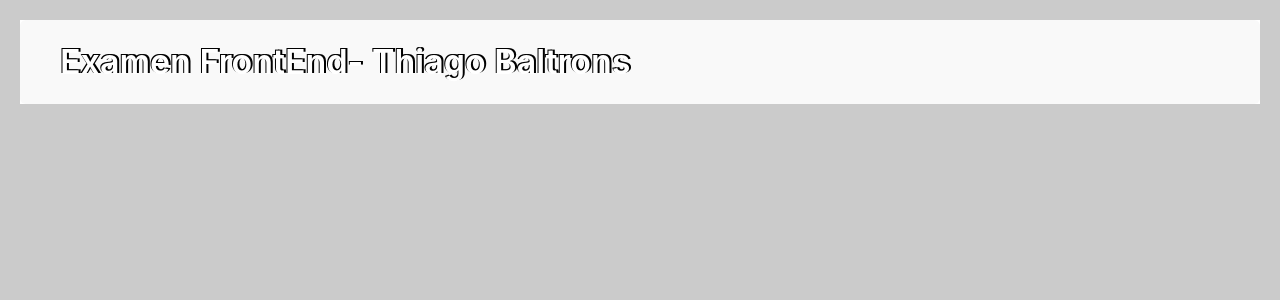
Repository: thiagobal1891-sudo/vue-ecommerce
Page: /#/thiago
The author's editor kept a copy of each file at every save. The page is drawn from the files as they stood at one save, then again after the next save.
The browser window is 1280 px wide. The pictures show the whole page.
The page's requests for data from a server got no answer. The project was rebuilt for these pictures with package versions that can differ from the ones it lists, and the page was loaded fresh each time. No one was signed in, and anything a server would have sent is missing. Also part of the build but not shown: vue.config.js, src/components/ProductList.vue, src/components/CollectionsVue.vue, src/components/BrandsVue.vue, src/pages/HomePage.vue, src/pages/ErrorPage.vue, src/pages/CategoryPage.vue, src/pages/MyCartPage.vue and 7 more.

Above is the page before, as saved 2025-09-22 14:43:33.

### public/index.html
<!DOCTYPE html>
<html lang="en">
  <head>
    <meta charset="utf-8" />
    <title>Mi App Vue</title>
  </head>
  <body>
    <div id="app"></div>
    <!-- Vue montará la app aquí -->
  </body>
</html>

### src/App.vue
<template>
  <div class="app">

    <NavegadorVue v-if="$route.path !== '/thiago'" />

    <router-view />


    <FooterVue v-if="$route.path !== '/thiago'" />
  </div>
</template>


<script>

import FooterVue from './components/FooterVue.vue';
import NavegadorVue from './components/NavegadorVue.vue';



export default {
  name: 'App',
  components: {
    FooterVue,
    NavegadorVue
  }
}
</script>

<style>
*{
  margin: 0px;
  padding: 0px;
}
@font-face {
  font-family: Janna LT;
  src: url("./assets/janna-lt-regular.ttf");
  font-weight: bold;
}
@import url('https://fonts.googleapis.com/css2?family=Inter:ital,opsz,wght@0,14..32,100..900;1,14..32,100..900&display=swap');



.root{
  --color-primario: #E61620
}

#app {

  font-family: Avenir, Helvetica, Arial, sans-serif;
  -webkit-font-smoothing: antialiased;
  -moz-osx-font-smoothing: grayscale;
  text-align: center;
  color: #2c3e50;
}
h1{
  background-color: var(--color-primario);
  font-family: "Janna LT";
  font-weight: 700;
}

* {
      box-sizing: border-box;
    }

    body {
      margin: 0;
      font-family: 'Arial', sans-serif;
      padding: 20px;
      background-color: rgb(203, 203, 203);
    }
    .app{
      max-width: 1280px;
      width: 100%;
      margin: auto;
      background-color: white;
    }
</style>

### src/pages/MyordersPage.vue
<template>
  <div class="grid_contenido">
    <SidebarVue @changePage="page = $event" class="layout" />
    <div class="contenido_orden">
      <PersonalInfo v-if="page === 1" />
      <OrdenesID v-else-if="page === 2" />
      <CheckoutVue v-else-if="page === 3" />
    </div>
  </div>
</template>


<script>
import SidebarVue from "../components/SidebarVue.vue"
import PersonalInfo from "../components/PersonalInfo.vue"
import CheckoutVue from "../components/CheckoutVue.vue"
import OrdenesID from "@/components/OrdenesID.vue"

export default {
  components: { SidebarVue, PersonalInfo, CheckoutVue, OrdenesID },
  data() {
    return {
      page: 1
    }
  }
}
</script>

<style>

*{
  box-sizing: border-box;
  margin: 0;
  padding: 0;
}
.grid_contenido {
  display: grid;
  gap: 60px;
  grid-template-columns: 1fr;
  grid-template-areas:
    "layout"
    "contenido_orden";
}

.layout {
  grid-area: layout;
}

.contenido_orden {
  grid-area: contenido_orden;
}

@media (min-width: 600px) {
  .grid_contenido {
    grid-template-columns: 200px auto;
    grid-template-areas: "layout contenido_orden";
  }
}

@media (min-width: 900px) {
  .grid_contenido {
    grid-template-columns: 250px auto;
  }
}


</style>

### src/pages/ThiagoPage.vue
<template>
    <div>
    <ThiagoVue />
    </div>
</template>

<script>
import ThiagoVue from '@/components/ThiagoVue.vue';

export default {
    name: 'ThiagoPage',
    components: {
    ThiagoVue
    },
    data(){
    return{

    }
    }
    }
</script>

### src/components/FooterVue.vue

<template>
  <footer class="footer">

    <div class="footer-content desktop-footer">
      <div class="footer-columns">
        <div class="column">
          <h3>Shop by Category</h3>
          <ul>
            <li>Skincare</li>
            <li>Personal Care</li>
            <li>Handbags</li>
            <li>Apparels</li>
            <li>Watches</li>
            <li>Eye Wear</li>
            <li>Jewellery</li>
          </ul>
        </div>

        <div class="column">
          <h3>About</h3>
          <ul>
            <li>Contact Us</li>
            <li>About Us</li>
            <li>Careers</li>
            <li>Press</li>
          </ul>
        </div>

        <div class="column">
          <h3>Policy</h3>
          <ul>
            <li>Return Policy</li>
            <li>Terms of Use</li>
            <li>Sitemap</li>
            <li>Security</li>
            <li>Privacy</li>
            <li>EPR Compliance</li>
          </ul>
        </div>
      </div>

       <hr />

      <div class="footer-right">

        <div class="social-icons">
          <img src="../assets/redeslogo.png" alt="social-media">
          <i class="fab fa-facebook"></i>
          <i class="fab fa-instagram"></i>
          <i class="fab fa-twitter"></i>
          <i class="fab fa-youtube"></i>
        </div>

        <div class="location">
          <i class="fas fa-map-marker-alt"></i>
          <img src="../assets/location.png" alt="">
          United States
        </div>

        <div class="copyright">
          © 2021 | Cora Leviene All Rights Reserved
        </div>
      </div>
    </div>

  </footer>
</template>
<script>
export default {
  name: 'FooterVue',
  data() {
    return {

    };
  }
}
</script>




<style scoped>

.copyright {
  display: flex;
  text-align: left;
  color: #B6B6B6;
}

.footer-columns {
  display: flex;
  text-align: left;
}

.footer {
  background-color: #194b63;
  color: #c0d9dd;
  font-family: 'Inter', sans-serif;
  padding: 40px 24px;
  width: 100%;

}


.desktop-footer {
  display: flex;
  justify-content: space-between;
  flex-wrap: wrap;
}

.footer-columns {
  display: flex;
  gap: 48px;
}

.column h3 {
  color: #ffffff;
  margin-bottom: 10px;
  font-size: 17px;
}

.column ul {
  list-style: none;
  padding: 0;
  margin: 0;
}

.column li {
  margin-bottom: 8px;
  font-size: 15px;
}

.footer-right {
  display: flex;
  flex-direction: column;
  align-items: flex-end;
  gap: 12px;
  text-align: right;
}

.social-icons {
  display: flex;
  font-size: 20px;
}

.location {
  display: flex;
  align-items: center;
  gap: 6px;
  font-family: Inter;
  font-weight: 500;
  font-size: 14px;
  line-height: 18px;
  letter-spacing: 0%;
  color: #ffff;
}



.footer-section {
  margin-bottom: 24px;
}

.footer-section h3 {
  color: #ffffff;
  font-size: 16px;
  margin-bottom: 10px;
}

.footer-section ul {
  list-style: none;
  padding: 0;
  margin: 0;
}

.footer-section li {
  margin-bottom: 7px;
  font-size: 14px;
}

.inline-links {
  display: flex;
  flex-wrap: wrap;
  gap: 6px;
  font-size: 14px;
}
@media screen and (max-width: 768px) {
 hr {
  position: relative;
  right: 24px;
  width: 100vw;
  border: none;
  border-top: 1px solid #4d6e80;
  margin: 24px 0;
}
}
.footer-columns {
  flex-direction: column;
}
.footer-right{
  align-items: flex-start;
}
@media  screen and (min-width: 768px) {
  hr {
    display: none;
  }
}
@media (max-width: 400px) {
  .text {
    font-size: 14px;
  }
}
</style>

### src/components/NavegadorVue.vue
<template>
  <link rel="preconnect" href="https://fonts.googleapis.com">
  <link rel="preconnect" href="https://fonts.gstatic.com" crossorigin>
  <link href="https://fonts.googleapis.com/css2?family=Inter:ital,opsz,wght@0,14..32,100..900;1,14..32,100..900&display=swap" rel="stylesheet">

  <!-- BARRA DESKTOP -->
  <header class="NavegadorVue desktop-only">
    <div>
      <img id="logo" src="./../assets/logo.png" alt="Icon">
      <nav class="NavegadorVue__categories">
        <p>Handbags</p>
        <p>Watches</p>
        <p>Skincare</p>
        <p>Jewellery</p>
        <p>Apparels</p>
      </nav>
    </div>
    <div class="search-container">
      <input class="search" type="text" v-model="busqueda" placeholder="Buscar producto..." />
      <img class="search-icon" src="./../assets/search.png" alt="buscar">
      <div class="icons">
        <router-link to="/mycart">
          <img src="./../assets/icons.png" alt="icons">
          {{ count.quantity }}
        </router-link>

      </div>
    </div>
  </header>

  <header class="NavegadorVue-mobile-only">
    <nav class="nav-mobile">
  <div class="nav-left">
    <img src="./../assets/leading-icon.png" alt="menu">
    <p>Home</p>
  </div>
  <div class="nav-right">
    <img src="./../assets/trailing-icon.png" alt="icons-mobile">

  </div>
</nav>
  </header>

  <div class="text-header">
    <p>
      We are currently experiencing local customs clearance delays.
      For the latest updates, please check your order status
      <a href="./">here</a>
    </p>
  </div>
</template>

<script>

import { useCartStore } from '@/stores/cart';

export default {
  name: 'NavegadorVue',
  data() {
    return {
      busqueda: '',
      count: useCartStore()
    };
  }
};
</script>

<style>

@media screen and (max-width: 768px) {
  body {
    padding-top: 80px !important;
  }
}
.NavegadorVue {
  width: 100%;
  height: 80px;
  display: flex;
  align-items: center;
  justify-content: space-between;
  position: fixed;
  top: 0;
  left: 0;

  z-index: 1000;
  background: white;
}


.desktop-only {
  display: flex;
}
.nav-mobile p {
  width: 57px;
  height: 26px;
  opacity: 1;
  font-family: Inter;
  font-weight: 600;
  font-size: 20px;
  line-height: 26px;
  letter-spacing: 0%;
  vertical-align: middle;
  color: rgba(27, 75, 102, 1);
;

}
.nav-mobile {
  display: flex;
  justify-content: space-between;
  align-items: center;
  padding: 0 16px;
  height: 60px;
  width: 100%;
  position: fixed;
  top: 0;
  left: 0;
  background: white;
  z-index: 1000;
  margin-top: 20px;
}

.nav-left {
  display: flex;
  align-items: center;
  gap: 20px;
}

.nav-right {
  display: flex;
  align-items: center;
  margin-right: 20px;
}

.NavegadorVue-mobile-only {
  display: none !important;
}

@media screen and (max-width: 768px) {
  .desktop-only {
    display: none !important;
  }
}
@media screen and (max-width: 768px) {
  .text-header {
    display: none !important;
  }
}
  .mobile-only {
    display: flex !important;
    height: 60px;
    justify-content: space-between;
    align-items: center;
    padding: 0 16px;
    background-color: white;
    z-index: 1000;
  }
@media screen and (max-width: 768px) {
  .NavegadorVue-mobile-only {
    display: flex !important;
  }
}
.NavegadorVue div {
  display: flex;
  justify-content: space-around;
  align-items: center;
  gap: 30px;
}
.NavegadorVue {
  position: relative;
  width: 100%;
  height: 80px;
  display: flex;
  align-items: center;
  margin-inline: 10px;
  justify-content: space-between;

}
.NavegadorVue header{

  display: flex;
  position: fixed;
  top: 0;
  left: 0;
  width: 100%;
  z-index: 1000;

}
.search-container  {
  display: inline-flex;
  align-items: center;
  position: relative;
  margin-right: inherit;

}
.search-container input {
  width: 500px;
  height: 44px;


}

#logo {
width: 108px;
height: 22px;
top: 29px;
left: 20px;


}
.NavegadorVue__categories {
  display: flex;
  width: 391;
  height: 18;
  top: 31px;
  left: 160px;
  gap: 20px;
  font-weight: bold;

}

.search-container {
  position: relative;
  width: 500px;
  height: 44px;
}

.search {
  width: 100%;
  height: 100%;
  border-radius: 4px;
  background: #F1F1F1;
  border: none;
  padding-left: 40px; /* espacio para el ícono */
  font-size: 14px;
}

.search-icon {
  position: absolute;
  top: 10px;
  left: 10px;
  width: 24px;
  height: 24px;
  pointer-events: none;
}
#icons {
  width: 114px;
height: 24px;
top: 28px;
left: 1148px;
}
.text-header {

  position: relative;

  width: 100%;
  height: 50px;

  font-family: "Inter", sans-serif;
  font-style: normal;
  font-weight: 400;
  font-size: 14px;
  line-height: 18px;

  display: flex;
  align-items: center;
  text-align: center;
  justify-content: center;

  color: #171520;
  background-color: #F1F1F1;
}


.text-header a {
  color: darkblue;


}

</style>

### src/components/BannerFooter.vue
<template>
<div class="banner-grid">

    <div class="lifestyle-card">
      <h2>LIFESTYLE</h2>
      <h1>Makeup Accessories<br>from Top Brands</h1>
    </div>



      <div class="card skincare">
        <h3>Skincare<br>Essentials</h3>
        <div class="arrow">→</div>
      </div>

      <div class="card facepacks">
        <h4>Facepacks<br>& Peels</h4>
        <div class="arrow">→</div>
      </div>

  </div>

</template>

<script>

export default {
  name: 'BannerFooter',
  components: {

  },
  data() {
    return {
    }
  }
}

</script>

<style>
    * {
      box-sizing: border-box;
    }

    body {
      margin: auto;
      font-family: 'Arial', sans-serif;
      padding: 20px;
    }

    .banner-grid {
      display: grid;
          grid-template:
                  "lifeStyle lifeStyle" 400px

                  "skincare   facepacks"  228px

                  /1fr    1fr    ;
      gap: 20px;
      max-width: 1200px;
      margin: 10px 30px;
    }

    .card:hover,
    .lifestyle-card:hover {
  filter: brightness(0.8);
  transform: scale(1.05);
  transition: filter 0.3s ease;
  cursor: pointer;
}

    .lifestyle-card {
      background-image: url('https://images.unsplash.com/photo-1526045478516-99145907023c?auto=format&fit=crop&w=1200&q=80');
      background-size: cover;
      background-position: center;
      border-radius: 20px;
      padding: 60px 40px;
      display: flex;
      flex-direction: column;
      justify-content: center;
      grid-area: lifeStyle;
    }

    .lifestyle-card h2 {
  width: 154px;
  height: 20px;
  left: 59px;
  top: 1999px;
  font-family: 'Inter', sans-serif;
  font-style: normal;
  font-weight: 400;
  font-size: 30px;
  line-height: 20px;
  display: flex;
  align-items: center;
  color: #97451F;


    }

    .lifestyle-card h1 {
  width: 618px;
  height: 136px;
  left: 59px;
  top: 2038px;
  font-family: 'Inter', sans-serif;
  font-style: normal;
  font-weight: 700;
  font-size: 52px;
  line-height: 68px;
  display: flex;
  align-items: center;
  color: #97451F;


    }


    .card {
      border-radius: 20px;
      padding: 30px;
      color: #fff;
      background-size: cover;
      background-position: center;
      position: relative;
      min-height: 200px;
      display: flex;
      align-items: center;
      justify-content: flex-start;
    }



    .card h3 {
  width: 309px;
  height: 104px;
  font-family: 'Inter', sans-serif;
  font-weight: 700;
  font-size: 40px;
  text-align: right;
  color: #A53F64;
        position: absolute;
      right: 30px;
    }

.card h4 {
  width: 232px;
  height: 104px;
  font-family: 'Inter',sans-serif;
  font-weight: 700;
  font-size: 40px;
  text-align: right;
  color: #1B4B66;
        position: absolute;
      right: 30px;
}

    .card .arrow {
      position: absolute;
      bottom: 20px;
      right: 20px;
      background: rgba(255, 255, 255, 0.9);
      border-radius: 50%;
      padding: 10px;
      font-size: 20px;
      color: #000;
      z-index: 2;
    }

    .card .arrow:hover {
    transform: scale(1.2);
    transition: 0.5s;
}

    .skincare {
      background-image: url('https://media-cldnry.s-nbcnews.com/image/upload/t_fit-1000w,f_avif,q_auto:eco,dpr_2/rockcms/2024-01/240117-staff-skin-care-routines-social-2c85d8.jpg');
      grid-area: skincare;
    }

    .facepacks {
      background-image: url('https://shipcartecommerce.com/cdn/shop/collections/877f03da31ad8bb130dde99698f7d3ec.jpg?v=1748635689');
      grid-area: facepacks;
    }

    @media (max-width: 768px) {
      .lifestyle-card h1 {
        font-size: 28px;
      }

      .card h3 {
        font-size: 20px;
      }

      .card h4 {
        font-size: 20px;
      }
    }
</style>

### src/components/PageCarrito.vue
<template>
  <div class="page">
      <div class="head_cart">
    <a href="#">Home</a>
    <span>›</span>
    <span>my cart</span>

  </div>
  <h2 class="titulo_cart">My cart</h2>
    <div class="carrito">
      <div class="items">
        <div class="item" v-for="producto in productos.cart" :key="producto.id">
          <img :src="producto.image" alt="" />
          <div class="info">
            <b>{{ producto.category }}</b>
            {{ producto.title }}<br />
            <input
              type="number"
              min="1"
              v-model.number="producto.quantity"
              @change="productos.modificarCantidad(producto.id, producto.quantity)"
            />
            {{ producto.quantity }}<br />
            <a href="#" class="move">Move to Wishlist</a>
            <button class="remove" @click="productos.quitar(producto.id)">Remove</button>
          </div>

          <div class="rightCols">
            <div class="pricecarrito">${{ producto.price.toFixed(2) }}</div>
            <div class="cantidad">{{ producto.quantity }}</div>
            <div class="subtotal">${{ (producto.price * producto.quantity).toFixed(2) }}</div>
          </div>
        </div>
      </div>

      <div class="total">
        <h3>Order Summary</h3>
        <div class="line"><span>Sub Total</span><span>$119.69</span></div>
        <div class="line"><span>Discount</span><span>-$13.40</span></div>
        <div class="line"><span>Delivery Fee</span><span>$0.00</span></div>
        <div class="line grand"><span>Grand Total</span><span>$106.29</span></div>

        <div class="buttons">
          <button class="place">Place Order</button>
          <button class="continue">Continue Shopping</button>
        </div>
      </div>

      <div class="cupones">
        <label class="cupon-texto">Apply Coupon Code</label>
        <div class="cupon-box">
          <input type="text" placeholder="Apply Coupon Code" />
          <button>CHECK</button>
        </div>
      </div>
    </div>
  </div>
</template>

<script>
import { useCartStore } from '@/stores/cart'

export default {
  name: 'PageCarrito',
  data() {
    return {
      productos: useCartStore()
    }
  }
}
</script>

<style>
* { box-sizing: border-box;
  margin: 0;
  padding: 20; }

.page {
  padding: 20px;
}
.carrito {
  display: grid;
  gap: 24px;
  grid-template-columns: 1fr;
  grid-template-areas:
    "items"
    "total"
    "cupones";
  max-width: 1120px;
  margin: 24px auto;
  width: 100%;
  align-items: start;
}




.items { grid-area: items; }
.total { grid-area: total; align-self: start; }
.cupones { grid-area: cupones; align-self: start; }

.head_cart a {
  font-family: 'Inter', sans-serif;
  font-weight: 500;
  font-size: 16px;
  color: #1B4B66;
  border-color: white;
}

.head_cart span {
  margin: 0 5px;
  font-family: 'Inter', sans-serif;
  font-weight: 500;
  font-size: 16px;
  color: #626262;
}

.head_cart {
  text-align: left;
  bottom: 80px;
}





.item {
  display: flex;
  gap: 16px;
  border-bottom: 1px solid #e0e0e0;
  padding: 12px 0;
  align-items: center;
}

.item img {
  width: 80px;
  height: 80px;
  object-fit: cover;
  border-radius: 6px;
}


.info {
  flex: 1;
  color: #626262;
}
.info b { display: block; margin-bottom: 6px; color: #171520; }
.info .move { margin-right: 10px; font-size: 14px; color: #1B4B66; text-decoration: none; }
.info .remove { background: none; border: none; color: #B00020; cursor: pointer; }


.rightCols {
  display: flex;
  gap: 20px;
  align-items: center;
  justify-content: flex-end;
  min-width: 220px;
  flex-shrink: 0;
}

.pricecarrito, .cantidad, .subtotal {
  width: 80px;
  text-align: right;
  color: #171520;
}


.titulo_cart {
  text-align: left;
  width: 132px;
  font-family: 'Inter';
  font-style: normal;
  font-weight: 600;
  font-size: 34px;
  color: #1B4B66;
  margin: 20px auto 10px 0;
}

.total h3 {
  margin: 0 0 10px 0;
  padding-bottom: 8px;
  border-bottom: 1px solid #ccc;
  color: #171520;
}
.total .line {
  display: flex;
  justify-content: space-between;
  margin: 8px 0;
  color: #171520;
}
.total .grand { font-weight: 700; }

.buttons {
  margin-top: 18px;
  display: flex;
  gap: 14px;
}
.buttons button { padding: 10px 14px; border-radius: 6px; cursor: pointer; }
.place { background: #1B4B66; color: white; border: none; }
.continue { background: white; color: #1B4B66; border: 2px solid #1B4B66; }


.cupones { padding: 12px;
  width: 580px;;
}
.cupon-texto {
  margin-bottom: 8px;
  font-weight: 500;
  color: #171520;
  border-bottom: 1px solid #ccc;
  }
.cupon-box {
  display: flex;
  align-items: center;
  background: #f2f2f2;
  border-radius: 5px;
  max-width: 400px;
  overflow: hidden;
}
.cupon-box input { border: none; background: transparent; padding: 12px; flex: 1; outline: none; }
.cupon-box button { background: transparent; border: none; font-weight: 700; padding: 12px 16px; cursor: pointer; }

@media (min-width: 1100px) {
  .carrito {
    grid-template-columns: 1fr 360px;
    grid-template-areas:
      "items total"
      "cupones cupones";
  }
}

@media (max-width: 950px) {
  .carrito,
  .items,
  .total,
  .cupones {
    max-width: 212px;
    width: 100%;
    margin: 0 auto;
  }

    .item {
    max-width: 212px;
    width: 100%;
    margin: 0 auto;
    flex-wrap: wrap;
  }
}
</style>

### src/components/ThiagoVue.vue
<template>
  <div class="contenedor">
    <h2>Examen FrontEnd- Thiago Baltrons</h2>
    <ul class="todo-list">
  <li
  v-for="todo in todos"
  :key="todo.id"
  :class="{ completed: todo.completed }">
  <span><strong>{{ todo.id }}</strong> - {{ todo.title }}</span>
  <span class="status">
    {{ todo.completed ? "✔ Completada" : "⏳ Pendiente" }}
  </span>
  </li>
    </ul>
  </div>
</template>

<script>
export default {
  name: "ExamenThiago",
  data() {
    return {
      todos: []
    }
  },
  mounted() {
    fetch("https://jsonplaceholder.typicode.com/todos")
      .then(res => res.json())
      .then(data => {
        this.todos = data
      })
  }
}
</script>

<style>
.contenedor {
  padding: 20px;
  background: #f9f9f9;
  border-radius: 6px;
  font-family: Arial, sans-serif;
}

.contenedor h2 {
  text-align: left;
  font-size: 34px;
  color: #fff;
  margin: auto 20px;
  white-space: nowrap;
  text-shadow:
  -1px -1px 0 black,
  2px -1px 0 black;
}

.todo-list {
  list-style: none;
  padding: 0;
}

.todo-list li {
  display: flex;
  justify-content: space-between;
  align-items: center;
  padding: 10px;
  margin: 20px 6px;
  border-radius: 5px;
  background: #ffe0e0;
}

.todo-list li.completed {
  background: #d4ffd4;
}

.status {
  font-size: 12px;
  padding: 3px 8px;
  border-radius: 4px;
  background: #555;
  color: #fff;
}
</style>

Loaded but not shown: src/stores/cart.js (85 lines, source omitted); src/main.js (47 lines, source omitted); src/components/ProductPageVue.vue (601 lines, source omitted)

After the next save:
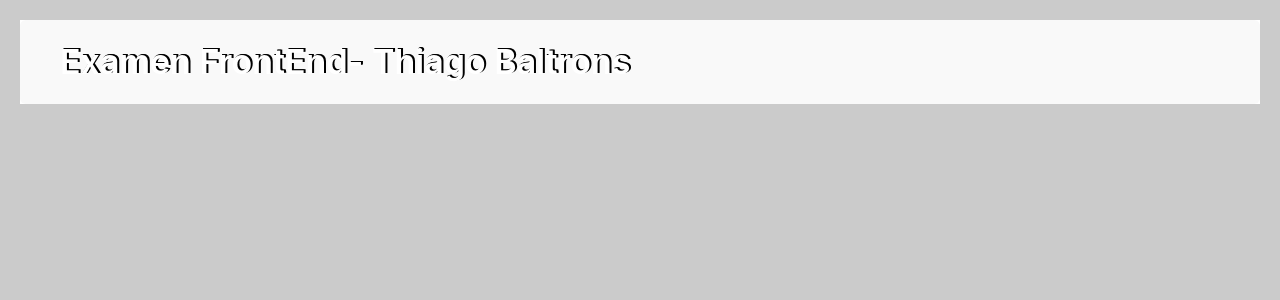
Saved 8 s later.
--- a/src/components/ThiagoVue.vue
+++ b/src/components/ThiagoVue.vue
@@ -48,7 +48,7 @@ export default {
   margin: auto 20px;
   white-space: nowrap;
   text-shadow:
-  -1px -1px 0 black,
+  1px -1px 0 black,
   2px -1px 0 black;
 }
 
